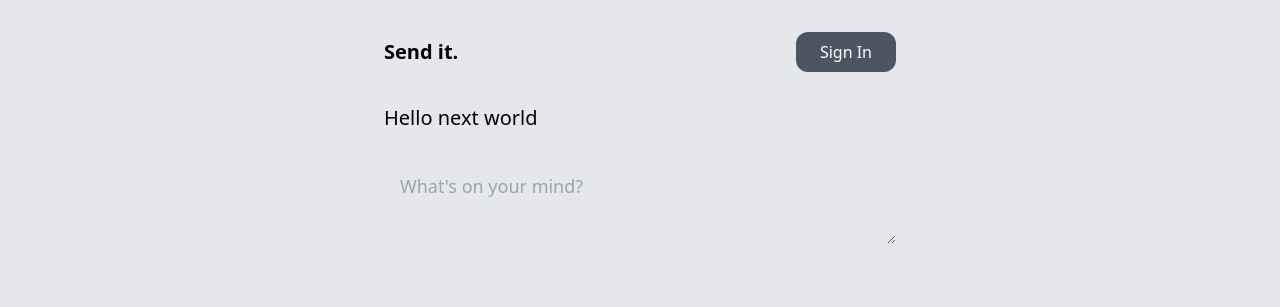
Repository: AMT98/SEND-IT
Page: /
These files come from the project's save history. The page is drawn as it stood at one moment and after the next save; the edit follows.
The browser window is 1280 px wide. The pictures show the whole page.
The page's requests for data from a server got no answer. The project was rebuilt for these pictures with package versions that can differ from the ones it lists, and the page was loaded fresh each time. The framework's server and built-in components were replaced by stand-ins that run in the browser. No one was signed in, and anything a server would have sent is missing. Also part of the build but not shown: next.config.js, app/auth/Logged.tsx.

Above is the page before, as saved 2023-02-14 17:00:14.

After the next save:
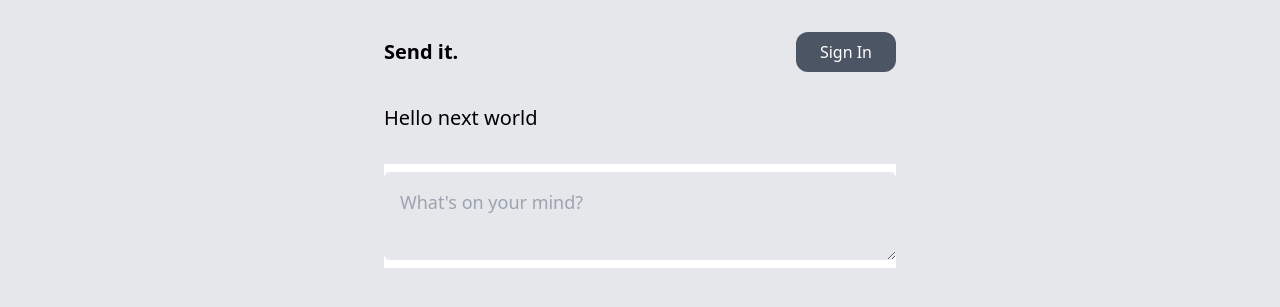
Saved 6 s later.
--- a/app/components/AddPost.tsx
+++ b/app/components/AddPost.tsx
@@ -4,7 +4,7 @@ import { useState } from "react";
 export default function CreatePost() {
   const [title, setTitle] = useState("");
   return (
-    <form className="">
+    <form className="bg-white my-8 ">
       <div className="flex flex-col my-4">
         <textarea
           onChange={(e) => setTitle(e.target.value)}
